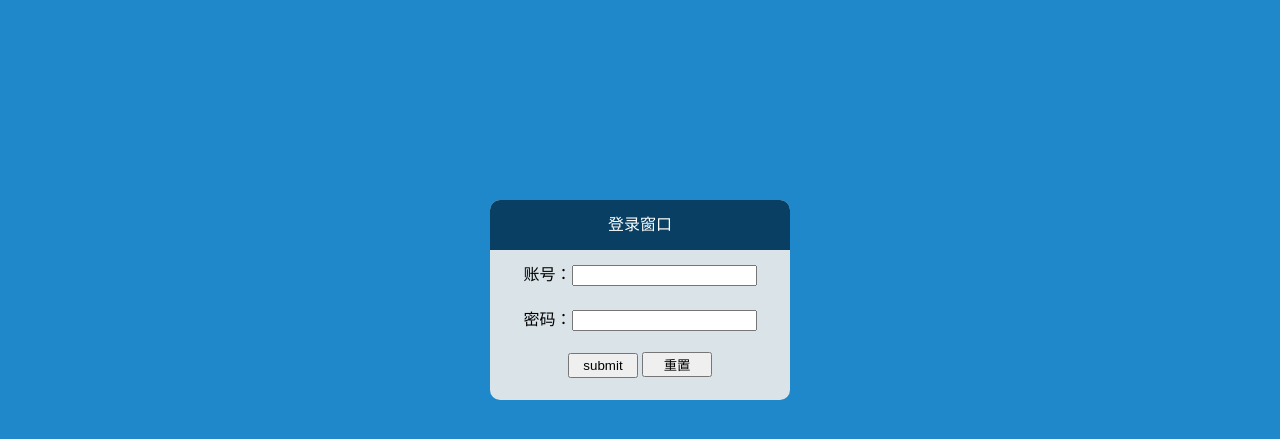
Repository: CreativeNothings/CQUPT-training
Page: ShoppingPlatform/WebContent/LoginPage.html
These files come from the project's save history. The page is drawn as it stood at one moment and after the next save; the edit follows.
The browser window is 1280 px wide. The pictures show the whole page.

Above is the page before, as saved 2023-06-28 06:29:25.

### ShoppingPlatform/WebContent/LoginPage.html
<!DOCTYPE html>
<html>
<head><meta charset="utf-8"></head>
<script>
function validateForm(){
	let username=document.getElementById("username").value;
	let password=document.getElementById("password").value;
	if(username==""||password==""){
		alter("username and password must be filled out");
		return false;
	}

}
</script>
<style>
    body{
        background: #1f88cb;
    }
    .login{
        width: 300px;
        height: 200px;
        background:#d9e3e8;
        margin:200px auto;/*盒子顶部距离200，水平居中*/
        border-radius: 10px;/*圆角10个像素*/
    }
    .login_top{
        width: 100%;
        height: 50px;
        background:#093f63;
        float: left;
        border-radius: 10px 10px 0px 0px;/* 圆角四个参数的写法分别指左上，右上，右下 左下 */
        color: white;
        text-align: center; /* 水平居中 */
        line-height: 50px; /* 垂直居中 */
    }
    .ref{
        width: 280px;
        height: 40px;
        /* background:red; 这个背景色后面是要去掉的*/
        margin-left: 10px;
        margin-top: 5px;
        /* 以上两句可以简写为margin:5px opx opk 10px; */
        float: left; /*在这里你可以试着不加浮动，就知道浮动的作用了*/
        text-align: center;
        line-height: 40px;
    }
    #btn,#res{
        width: 70px;
        height: 25px;
        font-size: 10pt;
    }
</style>

<body>
<div class="login">
    <div class="login_top">登录窗口</div>
    <form id="myForm" action="index.html" onsubmit="return validateForm()" method="post">
    <div class="ref">
        账号：<input type="text" id="username" />
    </div>
    <div class="ref">
        密码：<input type="password" id="password" />
    </div>
    <div class="ref">
        <input type="button" value="submit" id="btn" />
        <input type="reset" value="重置" id="res" />
    </div>
    </form>
</div>
</body>
</html>

After the next save:
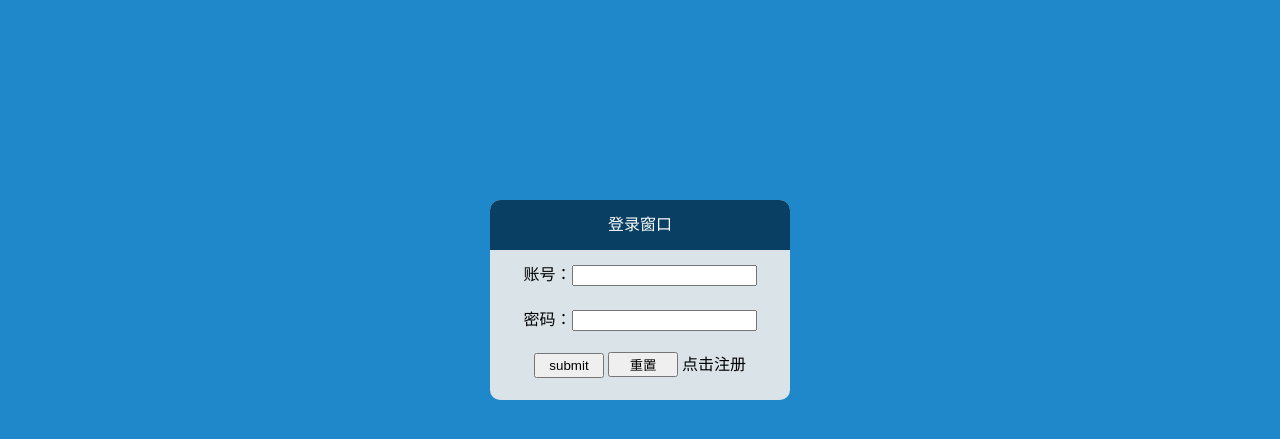
Saved 3 min 45 s later.
--- a/ShoppingPlatform/WebContent/LoginPage.html
+++ b/ShoppingPlatform/WebContent/LoginPage.html
@@ -64,6 +64,7 @@ function validateForm(){
     <div class="ref">
         <input type="button" value="submit" id="btn" />
         <input type="reset" value="重置" id="res" />
+        <a herf="Register.html">点击注册</a>
     </div>
     </form>
 </div>
